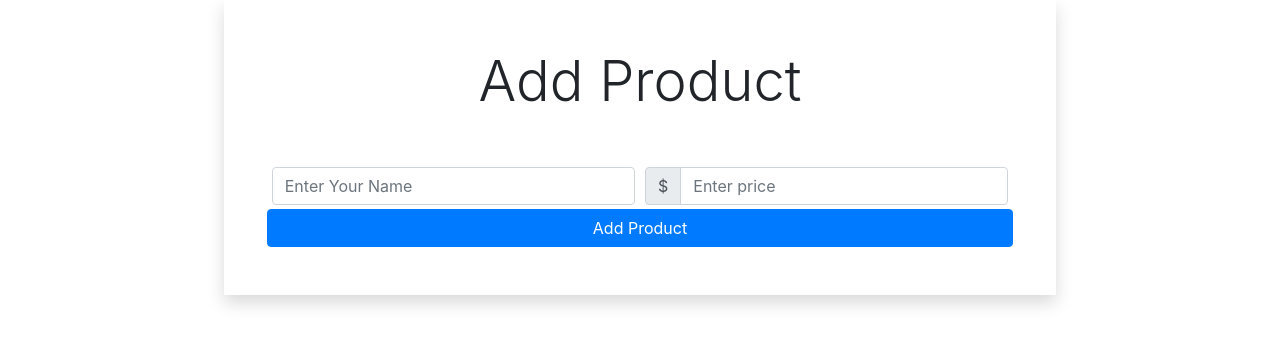
Repository: tammv/crud_product
Page: /products/add
An editor plug-in stored every save of this project. The page is shown before and after the next save, followed by the edit.
The browser window is 1280 px wide. The pictures show the whole page.
The project was rebuilt for these pictures with package versions that can differ from the ones it lists, and the page was loaded fresh each time. Also part of the build but not shown: src/index.css, src/components/pages/ManageProduct.js, src/components/pages/NotFound.js, src/components/products/UpdateProduct.js, src/components/products/Product.js, src/components/layout/Navbar.js.

Above is the page before, as saved 2023-07-10 18:21:18.

After the next save:
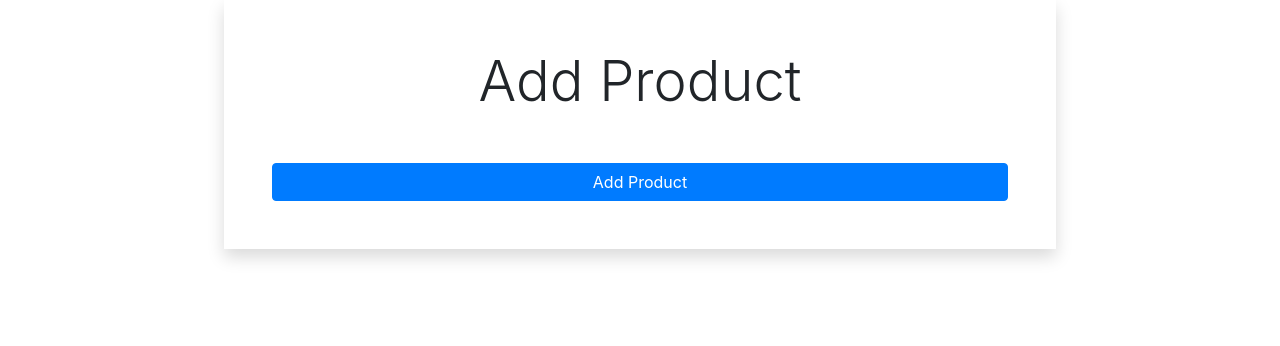
Saved 112 min 1 s later.
--- a/src/components/products/AddProduct.js
+++ b/src/components/products/AddProduct.js
@@ -10,6 +10,7 @@ const AddProduct = () => {
     name: "",
     price: "",
   });
+  const [successMessage, setSuccessMessage] = useState("");
 
   const { name, price } = product;
 
@@ -20,51 +21,22 @@ const AddProduct = () => {
   const onSubmit = async (e) => {
     e.preventDefault();
     await axios.post("http://localhost:3000/products", product);
-    history("/");
+    setSuccessMessage("Product added successfully!"); // Set the success message
+    setTimeout(() => {
+      setSuccessMessage(""); // Clear the success message after a certain time
+      history("/");
+    }, 3000);
   };
 
   return (
     <div className="container">
       <div className="w-75 mx-auto shadow p-5">
         <h1 className="display-4 text-center mb-5">Add Product</h1>
+        {successMessage && <div className="alert alert-success">{successMessage}</div>}{" "}
+        {/* Display the success message */}
         <form onSubmit={(e) => onSubmit(e)}>
-          <div className="form-row align-items-center">
-            <div className="col-sm-6 my-1">
-              <label className="sr-only" for="inlineFormInputName">
-                Name
-              </label>
-              <input
-                type="text"
-                className="form-control"
-                id="inlineFormInputName"
-                placeholder="Enter Your Name"
-                name="name"
-                value={name}
-                onChange={(e) => onInputChange(e)}
-              />
-            </div>
-            <div className="col-sm-6 my-1">
-              <label className="sr-only" for="inlineFormInputGroupUsername">
-                Price
-              </label>
-              <div className="input-group">
-                <div className="input-group-prepend">
-                  <div className="input-group-text">$</div>
-                </div>
-                <input
-                  type="text"
-                  className="form-control"
-                  id="inlineFormInputGroupUsername"
-                  placeholder="Enter price"
-                  name="price"
-                  value={price}
-                  onChange={(e) => onInputChange(e)}
-                />
-              </div>
-            </div>
-
-            <button className="btn btn-primary btn-block">Add Product</button>
-          </div>
+          {/* Form inputs */}
+          <button className="btn btn-primary btn-block">Add Product</button>
         </form>
       </div>
     </div>
